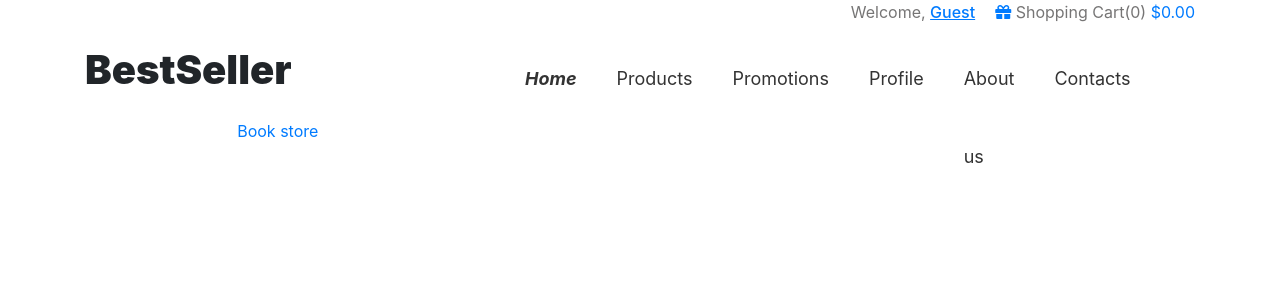
Repository: phunobi1807/BestSeller
Page: index.html
An editor plug-in stored every save of this project. The page is shown before and after the next save, followed by the edit.
The browser window is 1280 px wide. The pictures show the whole page.

Above is the page before, as saved 2021-06-28 22:26:49.

After the next save:
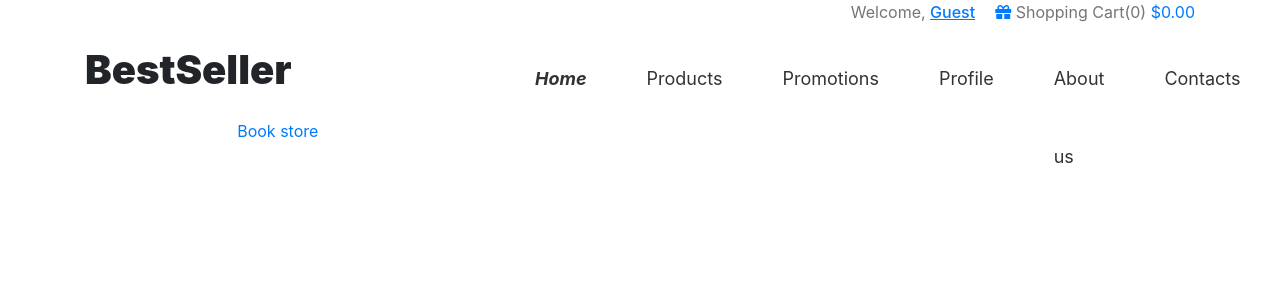
Saved 33 s later.
--- a/css/style.css
+++ b/css/style.css
@@ -70,6 +70,6 @@
 
 .navigation-menu__item {
     font-size: 18px;
-    padding: 0 20px;
+    padding: 0 30px;
     color: #333;
 }

After the save that followed:
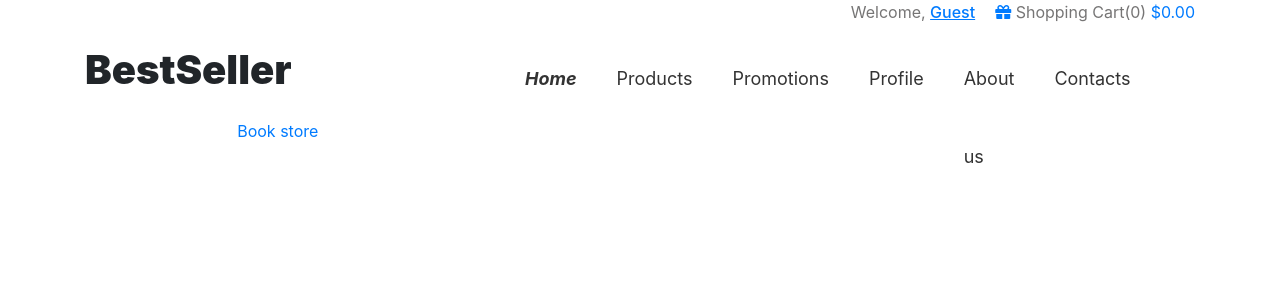
Saved 5 s later.
--- a/css/style.css
+++ b/css/style.css
@@ -70,6 +70,6 @@
 
 .navigation-menu__item {
     font-size: 18px;
-    padding: 0 30px;
+    padding: 0 20px;
     color: #333;
 }
